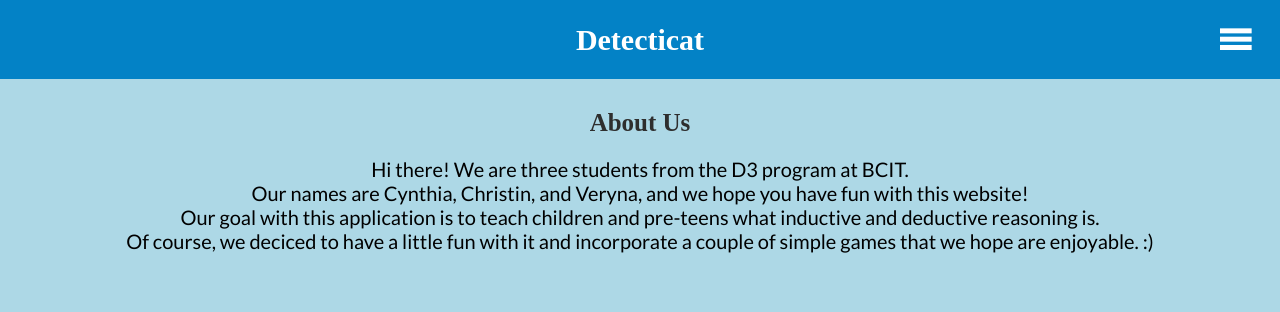
Repository: cynthiahcheng/Detecticat
Page: about page/about-us.html
These files come from the project's save history. The page is drawn as it stood at one moment and after the next save; the edit follows.
The browser window is 1280 px wide. The pictures show the whole page.

Above is the page before, as saved 2020-03-14 21:49:28.

### about page/about-us.html
<!DOCTYPE html>
<html lang="en">

<head>
    <meta charset="UTF-8">
    <meta name="viewport" content="width=device-width, initial-scale=1.0">
    <link href="https://fonts.googleapis.com/icon?family=Material+Icons" rel="stylesheet">
    <link href="https://fonts.googleapis.com/css?family=Lato&display=swap" rel="stylesheet">
    <link rel="stylesheet" href="about-us.css" type="text/css" />
    <title>Detecticat</title>
</head>

<body>
    <div class="header">
        <div class="header_title">Detecticat</div>
        <i class="material-icons" onclick="menuOpen()">menu</i>
    </div>

    <div class="nav">
        <div class="nav_close" onclick="menuClose()">
            <img class="close" src="../svg/close.svg">
        </div>
        <div class="nav_sub">
            <div class="nav_items">Home</div>
            <div class="nav_items">About</div>
            <div class="nav_items">Game</div>
            <div class="nav_items">Contact Us</div>
        </div>
    </div>

    <div id="app">
        <div class="info">
            <div class="subhead">About Us</div>
            <div class="description">
                <P> Hi there! We are three students from the D3 program at BCIT. <br>
                    Our names are Cynthia, Christin, and Veryna, and we hope you have fun with this website! <br>
                    Our goal with this application is to teach children and pre-teens what inductive and deductive reasoning is. <br>
                Of course, we deciced to have a little fun with it and incorporate a couple of simple games that we hope are enjoyable. :)
             </P>
            </div>



        </div>

        <script src="about-us.js"></script>
</body>

</html>

### about page/about-us.css

body, html {
    margin:0;
    padding:0;
    background-color:lightblue;
}

.header {
    display:flex;
    20px;justify-content: center;
    align-items: center;
    background-color: #0382C6;
    height:11vh;
}

.header_title {
    font-size:30px;
    font-family:Futura;
    font-weight:bold;
    color:white;
    position: relative;
    align-items: center;
}

.material-icons {
    font-weight:bold;
    font-size:40px;
    color:white;
    position: absolute;
    padding:10px;
    right:15px;
    cursor:pointer;
}

.nav {
    position:absolute;
    right:0;
    opacity:0;
    background-color: #0382C6;
    transition: opacity 0.1s;
}

.nav_close {
    border: 2.5px solid #073F9A;
    border-radius: 7px;
    position:absolute;
    right: 25px;
    width:20px;
    height:20px;
    padding:3px;
    cursor:pointer;
}

.nav_close_btn {
    width:23px;
    height:23px;
    margin-top:3.5px;
    margin-left:3.5px;
}

.nav_sub {
    font-size:20px;
    font-family:futura;
    font-weight:600;
    line-height:1.5;
    color:white;
    margin-top:40px;
    padding:15px 50px 15px 18px;
    cursor:pointer;
}

/* #app {
    background-color:lightblue;
} */
.info {
    display:flex;
    flex-direction:column;
    align-items: center;
}

.subhead {
    font-size:25px;
    font-family:futura;
    color:rgb(46, 46, 46);
    font-weight:600;
    padding-top:30px;
}

.description {
    font-size:20px;
    padding:
    padding-top:30px;
    line-height: 1.2;
    font-family: 'Lato', sans-serif;
   text-align: center;
}

### about page/about-us.js
var close_State = true;

function menuOpen(){
    document.querySelector(".nav").style.opacity = 100;
}

function menuClose(){
    document.querySelector(".nav").style.opacity = 0;
}

After the next save:
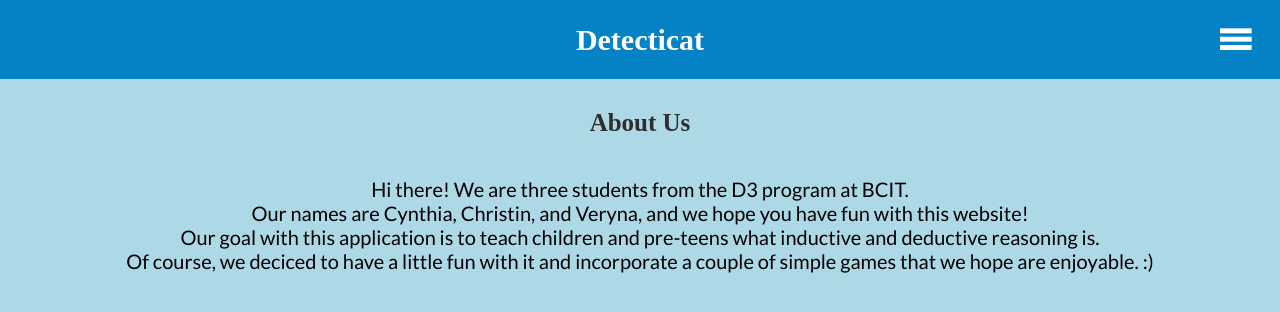
Saved 12 s later.
--- a/about page/about-us.css
+++ b/about page/about-us.css
@@ -7,7 +7,7 @@ body, html {
 
 .header {
     display:flex;
-    20px;justify-content: center;
+    justify-content: center;
     align-items: center;
     background-color: #0382C6;
     height:11vh;
@@ -88,8 +88,8 @@ body, html {
 
 .description {
     font-size:20px;
-    padding:
     padding-top:30px;
+    padding:20px;
     line-height: 1.2;
     font-family: 'Lato', sans-serif;
    text-align: center;
